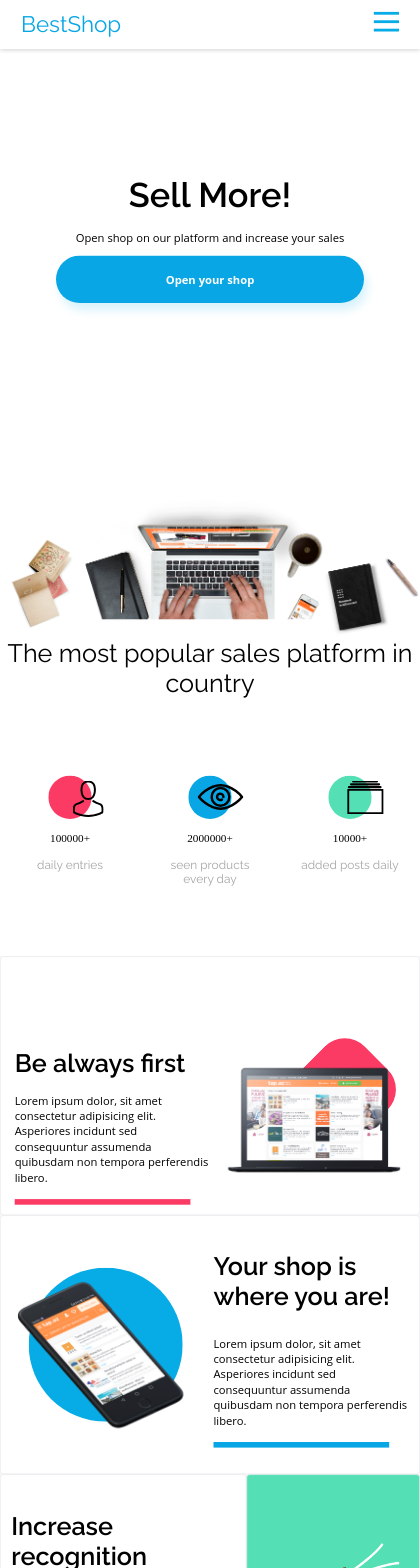
Repository: VolodymyrDubnytskyi/BestShop_project
Page: index.html
An editor plug-in stored every save of this project. The page is shown before and after the next save, followed by the edit.
The browser window is 600 px wide. The pictures show the part of the page from y = 0 to 2240 px (the page is 4270 px tall), at 70% of full size.
Some web libraries are served in a nearby version.

Above is the page before, as saved 2020-01-17 21:55:40.

After the next save:
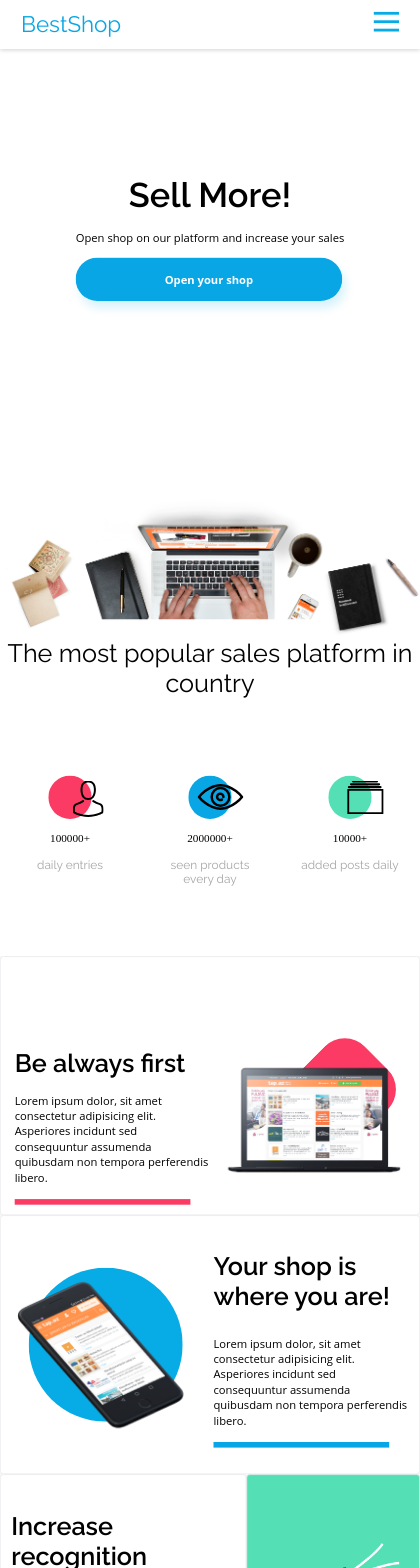
Saved 7 min 5 s later.
--- a/css/style.css
+++ b/css/style.css
@@ -923,3 +923,8 @@ background-color: #eb476d1d;
     padding: 0 20px;
   }
 }
+@media (max-width: 660px){
+  .open-your-shop-btn{
+    padding:20px 127px; ;
+  }
+}
